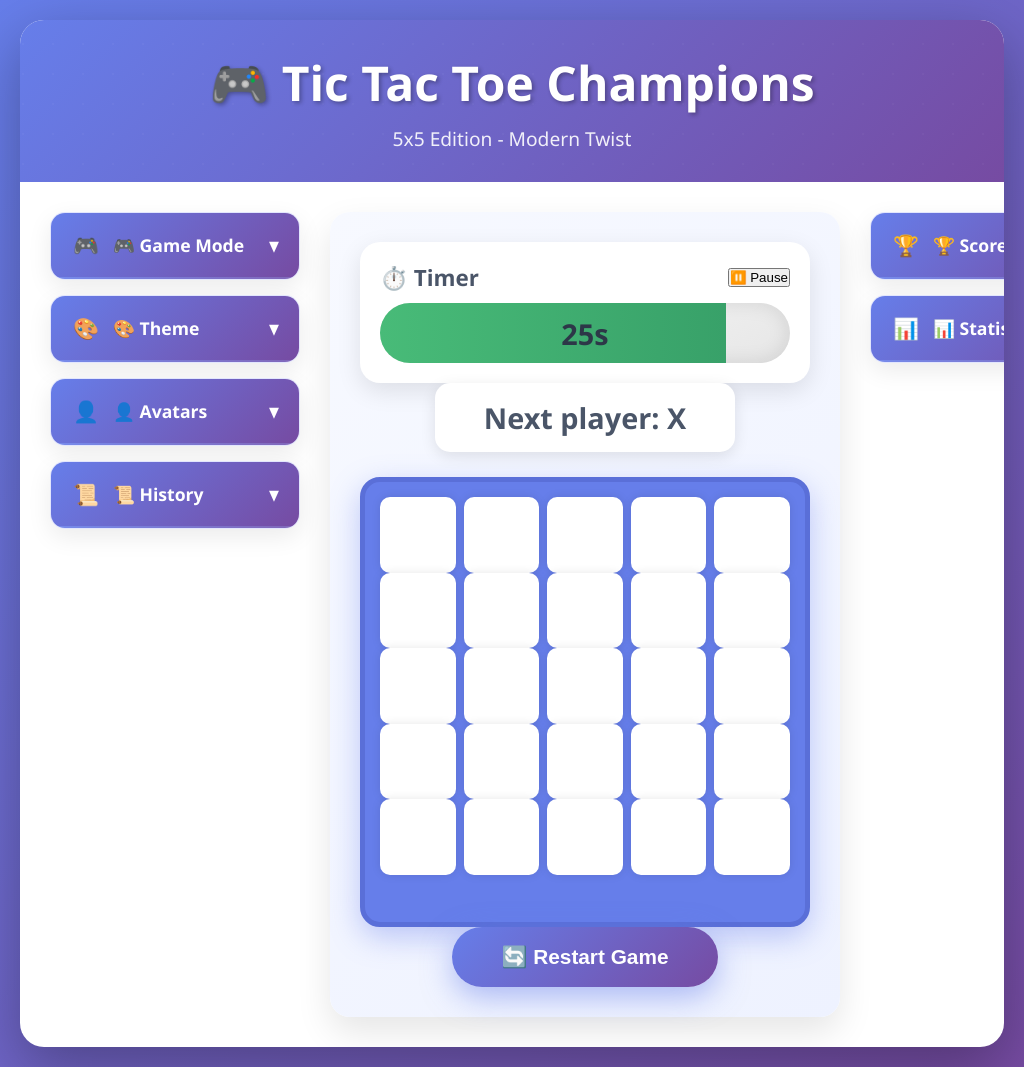
Repository: sofia123776/TIC-TAC-TOE
Page: /
The author's editor kept a copy of each file at every save. The page is drawn from the files as they stood at one save, then again after the next save.
The browser window is 1024 px wide. The pictures show the whole page.
The project was rebuilt for these pictures with package versions that can differ from the ones it lists, and the page was loaded fresh each time. Also part of the build but not shown: vite.config.js.

Above is the page before, as saved 2025-12-09 18:13:02.

After the next save:
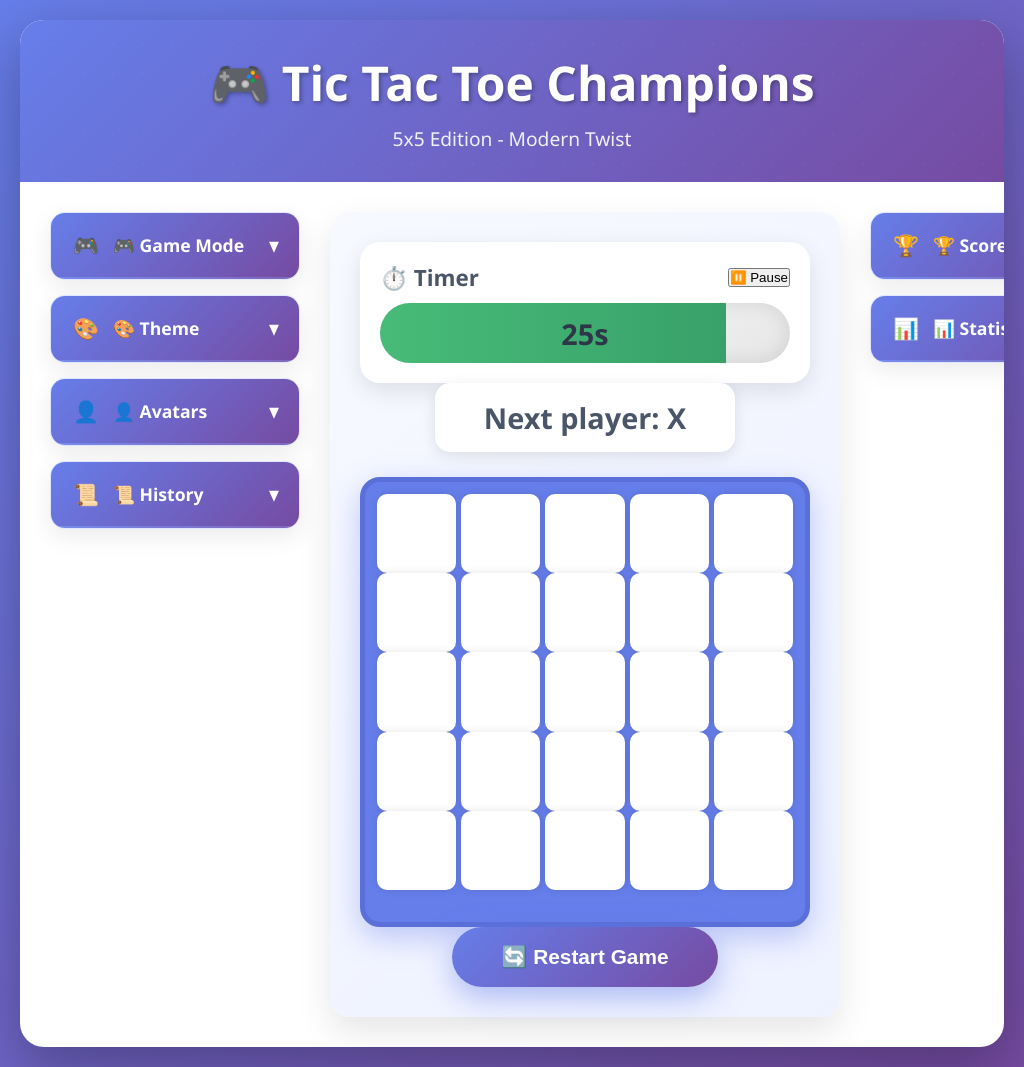
Saved 107 s later.
--- a/src/App.css
+++ b/src/App.css
@@ -1063,6 +1063,8 @@ body {
   .board-grid {
     width: 500px;
     height: 500px;
+    gap: 5px;
+    padding: 12px;
   }
 }
 
